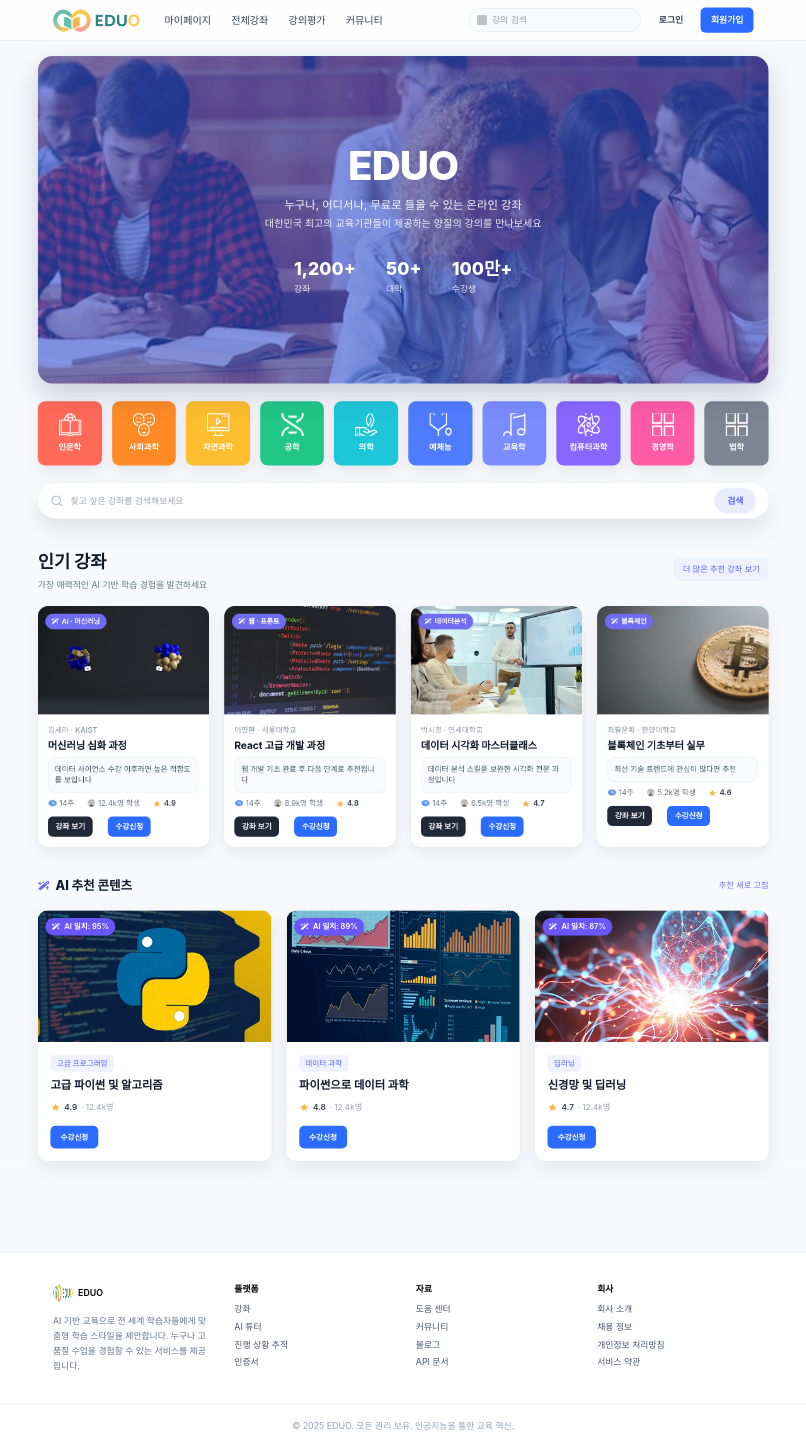
Repository: Iimchaehoon/eduoproject
Page: / (app in client/)
The author's editor kept a copy of each file at every save. The page is drawn from the files as they stood at one save, then again after the next save.
The browser window is 1280 px wide. The pictures show the whole page, at 63% of full size.
Pictures or frames that could not be fetched are drawn as grey boxes. The project was rebuilt for these pictures with package versions that can differ from the ones it lists, and the page was loaded fresh each time. Also part of the build but not shown: client/vite.config.js, client/src/pages/Search.jsx, client/src/components/ai/AICoach.jsx, client/src/components/discuss/DiscussBoard.jsx, client/src/components/SideChatTabs.jsx, client/src/pages/Course.jsx, client/src/pages/CourseEval.jsx, client/src/pages/Login.jsx and 3 more.

Above is the page before, as saved 2025-10-17 02:05:24.

After the next save:
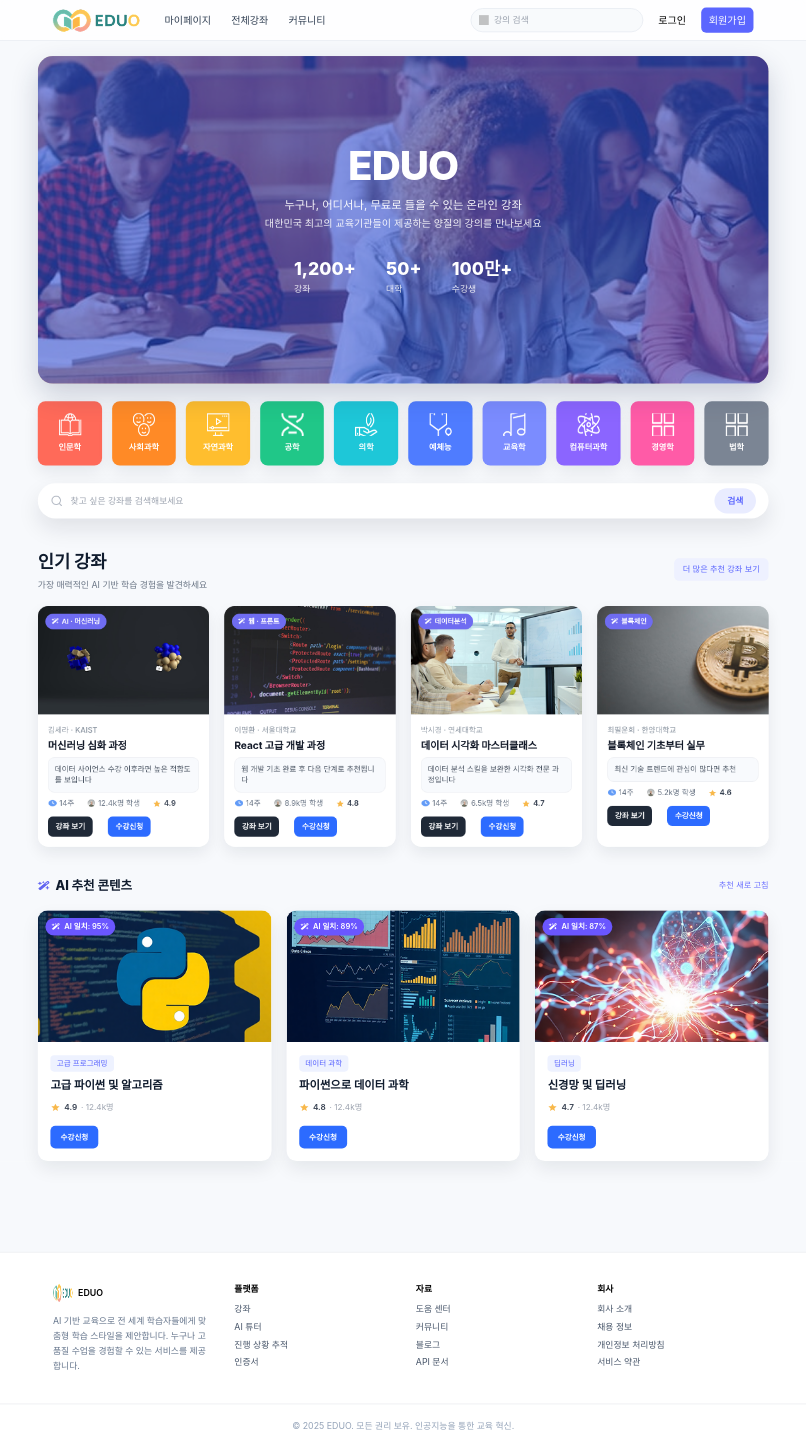
Saved 2 min 7 s later.
--- a/client/src/components/Navbar.jsx
+++ b/client/src/components/Navbar.jsx
@@ -1,23 +1,21 @@
 import { Link, NavLink } from "react-router-dom";
 
-const Item = ({ to, children }) => (
-  <NavLink
-    to={to}
-    className={({ isActive }) =>
-      `px-3 py-2 rounded-lg hover:bg-slate-100 ${
-        isActive ? "text-primary" : "text-slate-700"
-      }`
-    }
-  >
-    {children}
-  </NavLink>
-);
-
 export default function Navbar() {
+  const Item = ({ to, children }) => (
+    <NavLink
+      to={to}
+      className={({ isActive }) =>
+        `px-3 py-2 rounded-lg hover:bg-slate-100 ${isActive ? "text-[#5B66FF]" : "text-slate-700"}`
+      }
+    >
+      {children}
+    </NavLink>
+  );
   return (
-    <header className="bg-white/80 backdrop-blur sticky top-0 z-50 border-b border-skin-ring">
+    <header className="bg-white/80 backdrop-blur sticky top-0 z-50 border-b border-slate-200">
       <div className="max-w-6xl mx-auto px-5 h-16 flex items-center gap-6">
         <Link to="/" className="flex items-center gap-2">
+          {/* 비율 유지 + 사이즈 키움 */}
           <img
             src="/img/main_logo.png"
             alt="EDUO"
@@ -30,20 +28,16 @@ export default function Navbar() {
         <nav className="hidden md:flex items-center gap-2">
           <Item to="/mypage">마이페이지</Item>
           <Item to="/search">전체강좌</Item>
-          <Item to="/course-eval">강의평가</Item> {/* ✅ 복구 */}
           <Item to="/community">커뮤니티</Item>
         </nav>
 
         <div className="ml-auto flex items-center gap-3">
-          <div className="hidden md:flex items-center gap-2 rounded-full bg-slate-50 border border-skin-ring px-3 py-2">
+          <div className="hidden md:flex items-center gap-2 rounded-full bg-slate-50 border border-slate-200 px-3 py-2">
             <img src="/img/search.png" className="w-4 h-4 opacity-60" alt="" />
-            <input
-              placeholder="강의 검색"
-              className="bg-transparent outline-none text-sm w-56"
-            />
+            <input placeholder="강의 검색" className="bg-transparent outline-none text-sm w-56" />
           </div>
-          <Link to="/login" className="btn btn-ghost">로그인</Link>
-          <Link to="/register" className="btn btn-primary">회원가입</Link>
+          <Link to="/login" className="px-3 py-2 rounded-lg hover:bg-slate-100">로그인</Link>
+          <Link to="/register" className="px-3 py-2 rounded-lg bg-[#5B66FF] text-white">회원가입</Link>
         </div>
       </div>
     </header>
